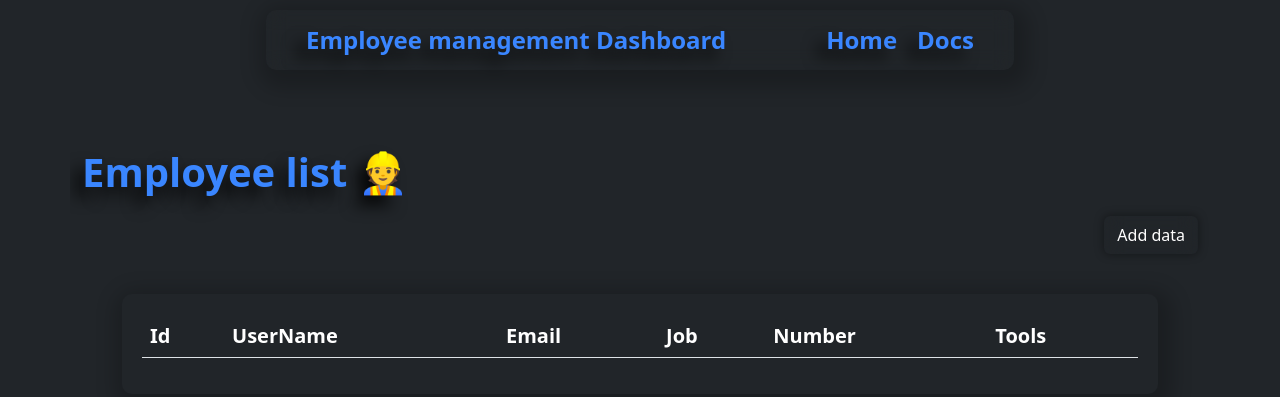
Repository: iamevs/Employee-Management-System
Page: /home (app in client/)
The author's editor kept a copy of each file at every save. The page is drawn from the files as they stood at one save, then again after the next save.
The browser window is 1280 px wide. The pictures show the whole page.
The page's requests for data from a server got no answer. The project was rebuilt for these pictures with package versions that can differ from the ones it lists, and the page was loaded fresh each time. No one was signed in, and anything a server would have sent is missing. Also part of the build but not shown: client/vite.config.js, client/src/components/Register.jsx, client/src/components/Edit.jsx, client/src/components/Hero.jsx. Imported but missing from the stored project, and not drawn on this page: client/src/components/Details.

Above is the page before, as saved 2022-11-29 00:32:00.

After the next save:
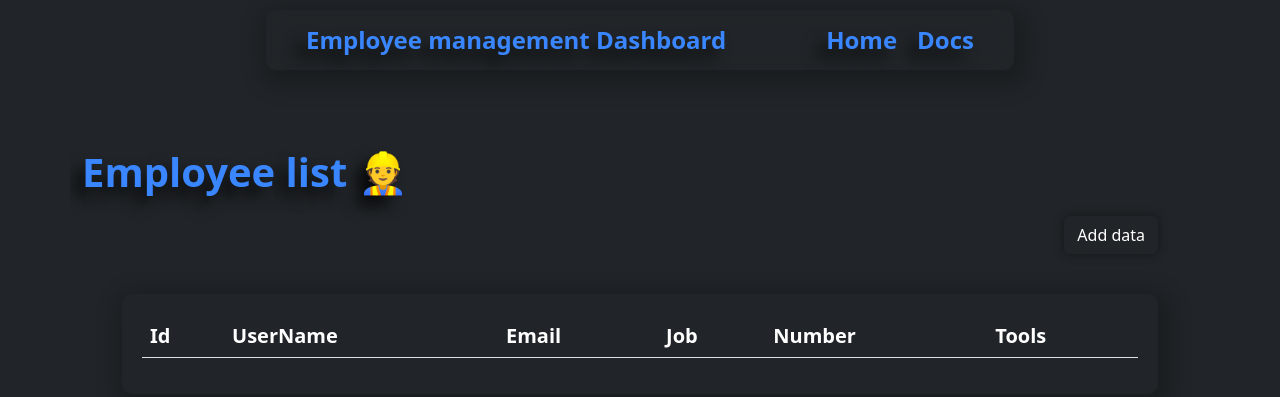
Saved 8 s later.
--- a/client/src/components/Home.jsx
+++ b/client/src/components/Home.jsx
@@ -116,7 +116,7 @@ const Home = () => {
                         textShadow: "-10px 10px 15px rgba(0, 0, 0, 0.8)"
                     }}>Employee list <span style={{ fontSize: "40px" }}>👷</span> </h2>
                     <div className="add_btn mt-2 mb-2">
-                        <NavLink to="/register" className="btn text-white tool" style={{marginLeft: "40px"}}>Add data</NavLink>
+                        <NavLink to="/register" className="btn text-white tool" style={{marginRight: "40px"}}>Add data</NavLink>
                     </div>
 
                     <div className='table-responsive' style={{
